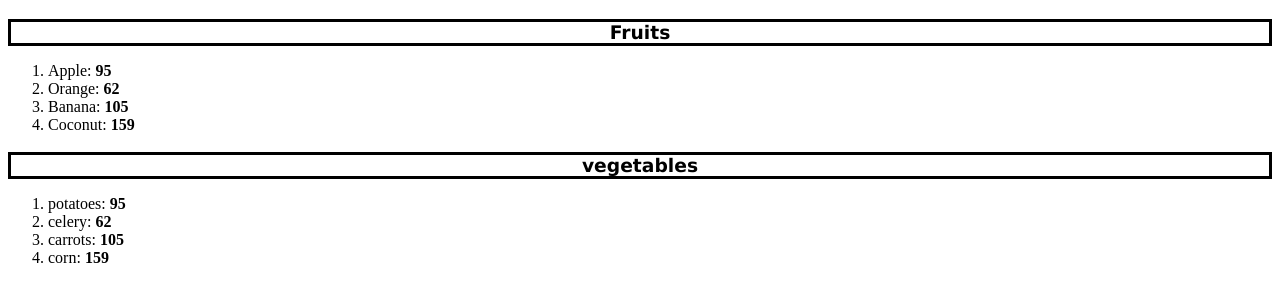
Repository: wakoya-tech/my-react-practice
Page: /
These files come from the project's save history. The page is drawn as it stood at one moment and after the next save; the edit follows.
The browser window is 1280 px wide. The pictures show the whole page.
The project was rebuilt for these pictures with package versions that can differ from the ones it lists, and the page was loaded fresh each time. Also part of the build but not shown: vite.config.js.

Above is the page before, as saved 2025-10-01 17:03:51.

After the next save:
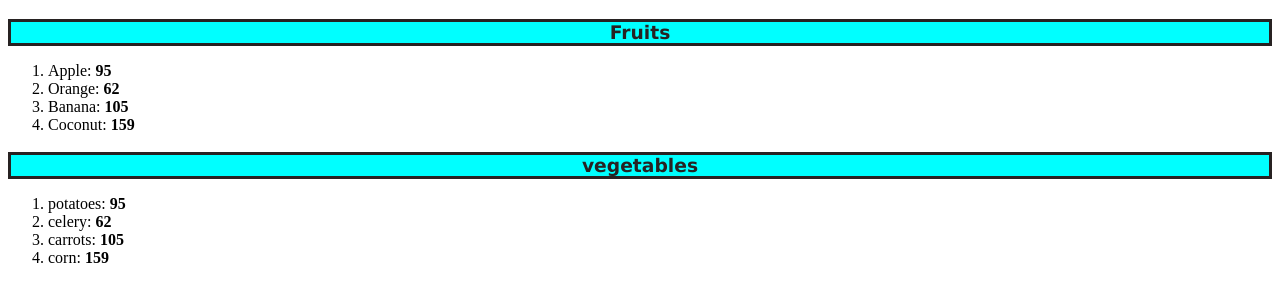
Saved 31 s later.
--- a/src/index.css
+++ b/src/index.css
@@ -3,4 +3,6 @@
   text-align: center;
   border: 3px solid;
   margin-bottom: 12px;
+  color: rgb(39, 34, 34);
+  background-color: aqua;
 }
